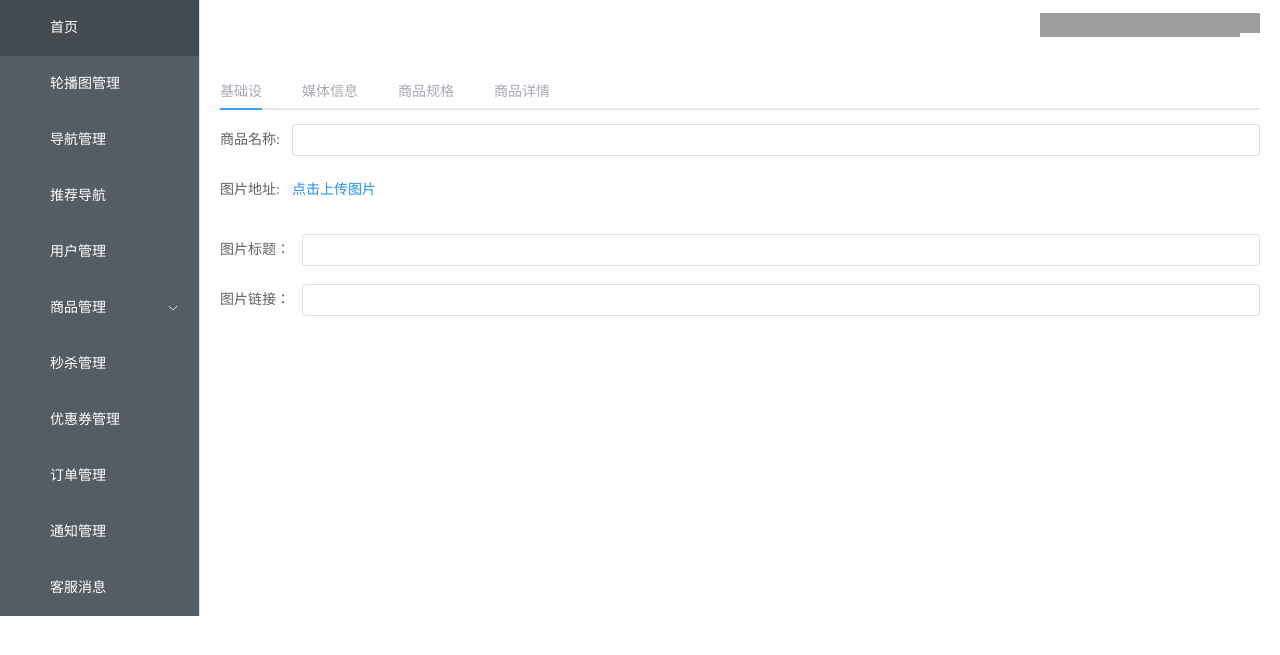
Repository: xinwuhao/CCG
Page: /addgoods
These files come from the project's save history. The page is drawn as it stood at one moment and after the next save; the edit follows.
The browser window is 1280 px wide. The pictures show the whole page.
Pictures or frames that could not be fetched are drawn as grey boxes. The page's requests for data from a server got no answer. The project was rebuilt for these pictures with package versions that can differ from the ones it lists, and the page was loaded fresh each time. No one was signed in, and anything a server would have sent is missing. Also part of the build but not shown: vite.config.ts.

Above is the page before, as saved 2021-09-24 11:34:12.

After the next save:
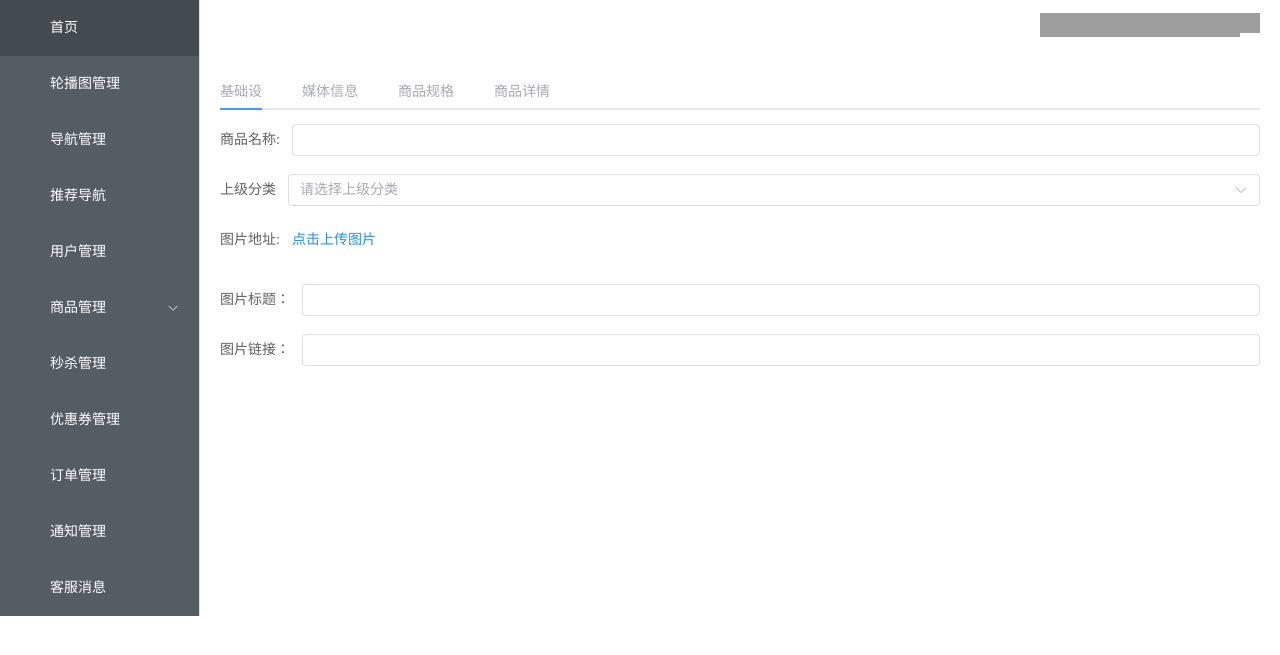
Saved 14 min 17 s later.
--- a/src/views/goods/addgoods.vue
+++ b/src/views/goods/addgoods.vue
@@ -71,10 +71,26 @@
       <el-tabs v-model="judge">
         <el-tab-pane label="基础设" name="1" disabled>
           <el-form :model="swiper" ref="ruleForm" class="demo-ruleForm">
-             <el-form-item label="商品名称:" prop="title">
+            <el-form-item label="商品名称:" prop="title">
               <el-input v-model="swiper.title" class="inpud"></el-input>
             </el-form-item>
-
+            <el-form-item label="上级分类" prop="parentId">
+              <el-select
+                v-model="swiper.parentId"
+                clearable
+                filterable
+                placeholder="请选择上级分类"
+                style="width: 100%"
+              >
+                <el-option
+                  v-for="item in options"
+                  :key="item._id"
+                  :label="item.name"
+                  :value="item._id"
+                >
+                </el-option>
+              </el-select>
+            </el-form-item>
             <el-form-item label="图片地址:" prop="img">
               <el-upload
                 class="upload-demo"
